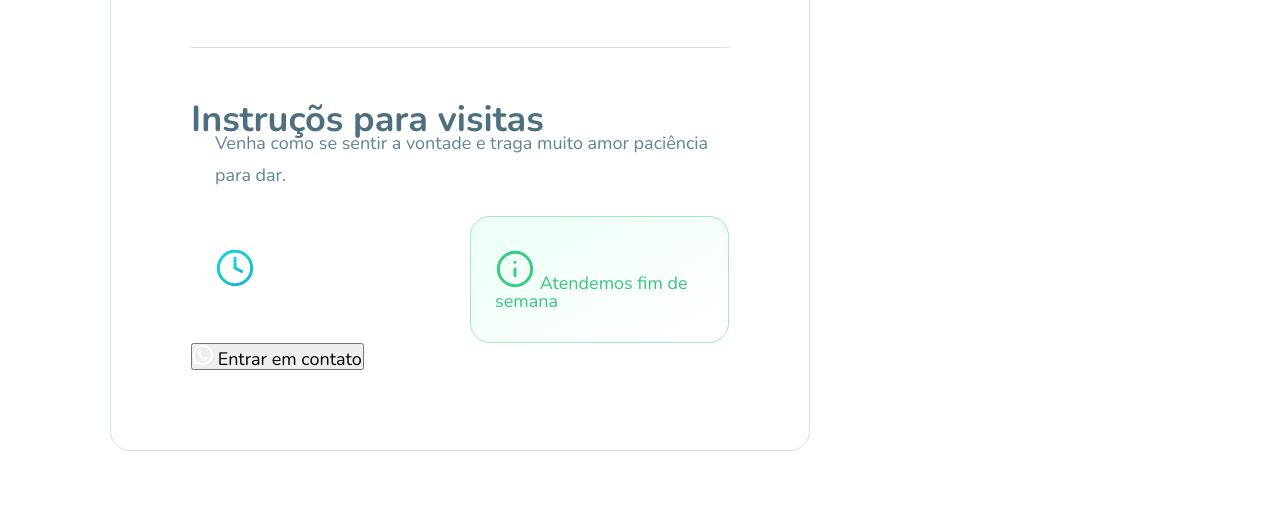
Repository: SrtaPoe/nlw
Page: orphanage.html
These files come from the project's save history. The page is drawn as it stood at one moment and after the next save; the edit follows.
The browser window is 1280 px wide. The pictures show the part of the page from y = 1116 to 1666 px (the page is 1631 px tall before and 1666 px after).
Some web libraries are served in a nearby version.

Above is the page before, as saved 2020-10-17 19:18:55.

After the next save:
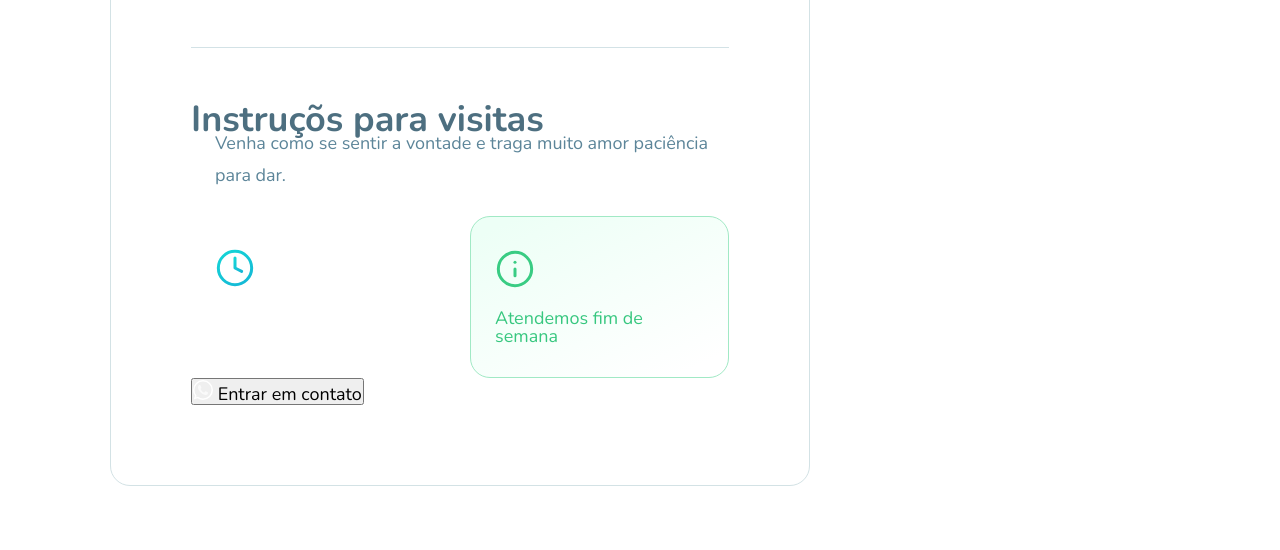
Saved 2 min 2 s later.
--- a/public/css/page-orphanage.css
+++ b/public/css/page-orphanage.css
@@ -150,6 +150,11 @@
     padding: 3.2rem 2.4rem;
 }
 
+.open-details img {
+    display: block;
+    margin-bottom: 2rem;
+}
+
 .open-details hour {
     background: linear-gradient(149.97deg, #E6F7FB 8.13%, #FFFFFF 92.67%)
     border: 1px solid #B3DAE2;
